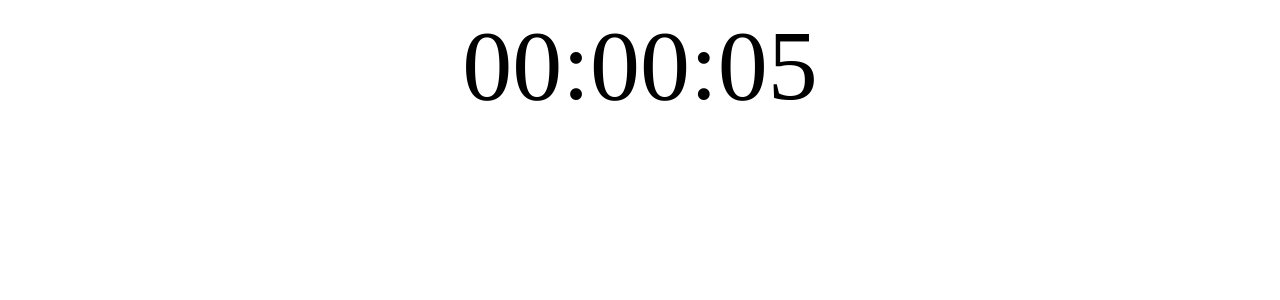
Repository: lipemorais/timer
Page: index.html
The author's editor kept a record of every edit. The page is drawn from the files as they stood at one moment, then again after the next edit.
The browser window is 1280 px wide. The pictures show the whole page.

Above is the page before.

After the next edit:
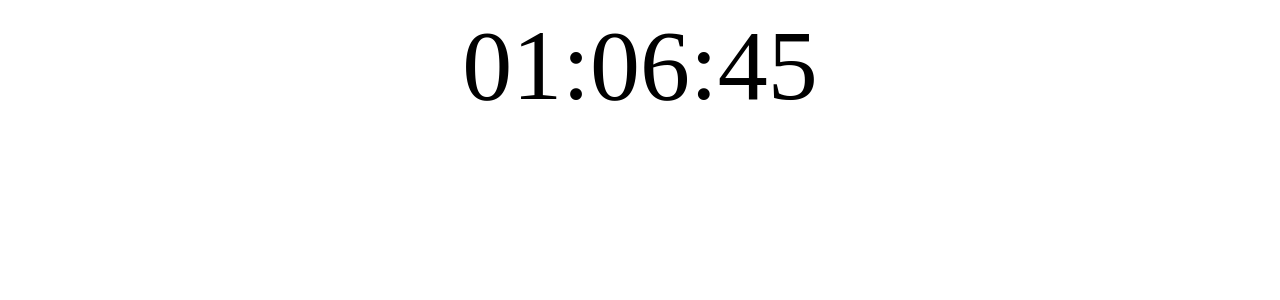
The edit:
--- a/js/app.js
+++ b/js/app.js
@@ -12,7 +12,7 @@
     self: null,
     hours: 00,
     minutes: 00,
-    seconds: 00,
+    seconds: 4000,
     hourInSeconds: 3600,
     minutesInSeconds: 60,
 
